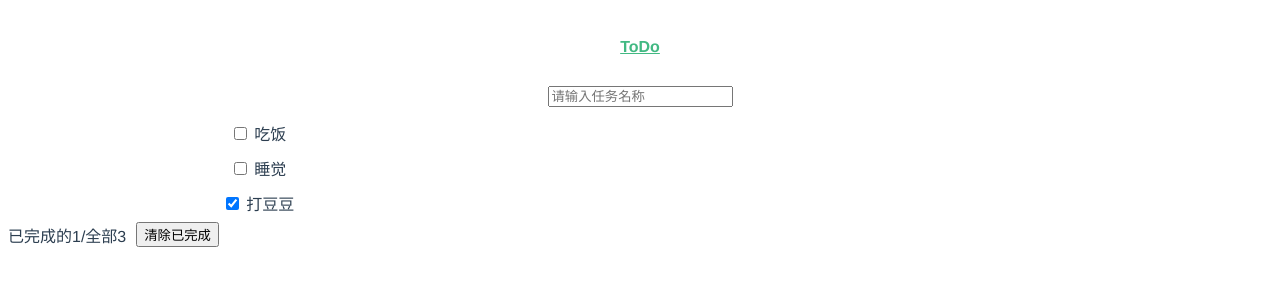
Repository: flyerwge/ToDo
Page: /
These files come from the project's save history. The page is drawn as it stood at one moment and after the next save; the edit follows.
The browser window is 1280 px wide. The pictures show the whole page.
The project was rebuilt for these pictures with package versions that can differ from the ones it lists, and the page was loaded fresh each time. Also part of the build but not shown: vue.config.js.

Above is the page before, as saved 2021-03-13 16:40:18.

After the next save:
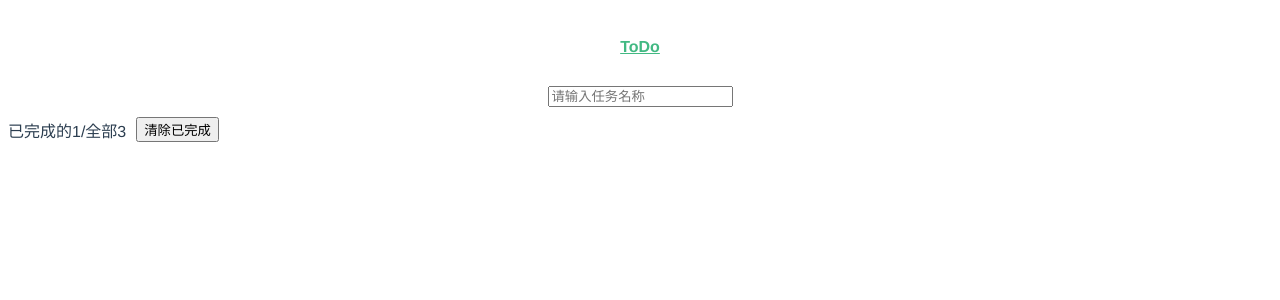
Saved 101 s later.
--- a/src/components/navMain/NavMain.vue
+++ b/src/components/navMain/NavMain.vue
@@ -1,10 +1,6 @@
 <template>
-  <div v-for="(item, index) in list" :key="index">
-    <div class="item">
-      <input type="checkbox" v-model="item.complete" />
-      {{ item.title }}
-      <button class="del" @click="del(item, index)">删除</button>
-    </div>
+  <div>
+    <div v-if="list.length > 0"></div>
   </div>
 </template>
 

After the save that followed:
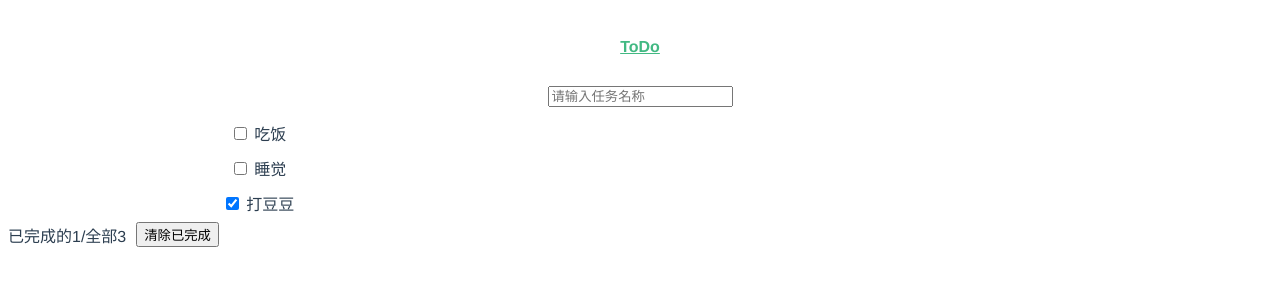
Saved 5 s later.
--- a/src/components/navMain/NavMain.vue
+++ b/src/components/navMain/NavMain.vue
@@ -1,6 +1,14 @@
 <template>
   <div>
-    <div v-if="list.length > 0"></div>
+    <div v-if="list.length > 0">
+      <div v-for="(item, index) in list" :key="index">
+        <div class="item">
+          <input type="checkbox" v-model="item.complete" />
+          {{ item.title }}
+          <button class="del" @click="del(item, index)">删除</button>
+        </div>
+      </div>
+    </div>
   </div>
 </template>
 
